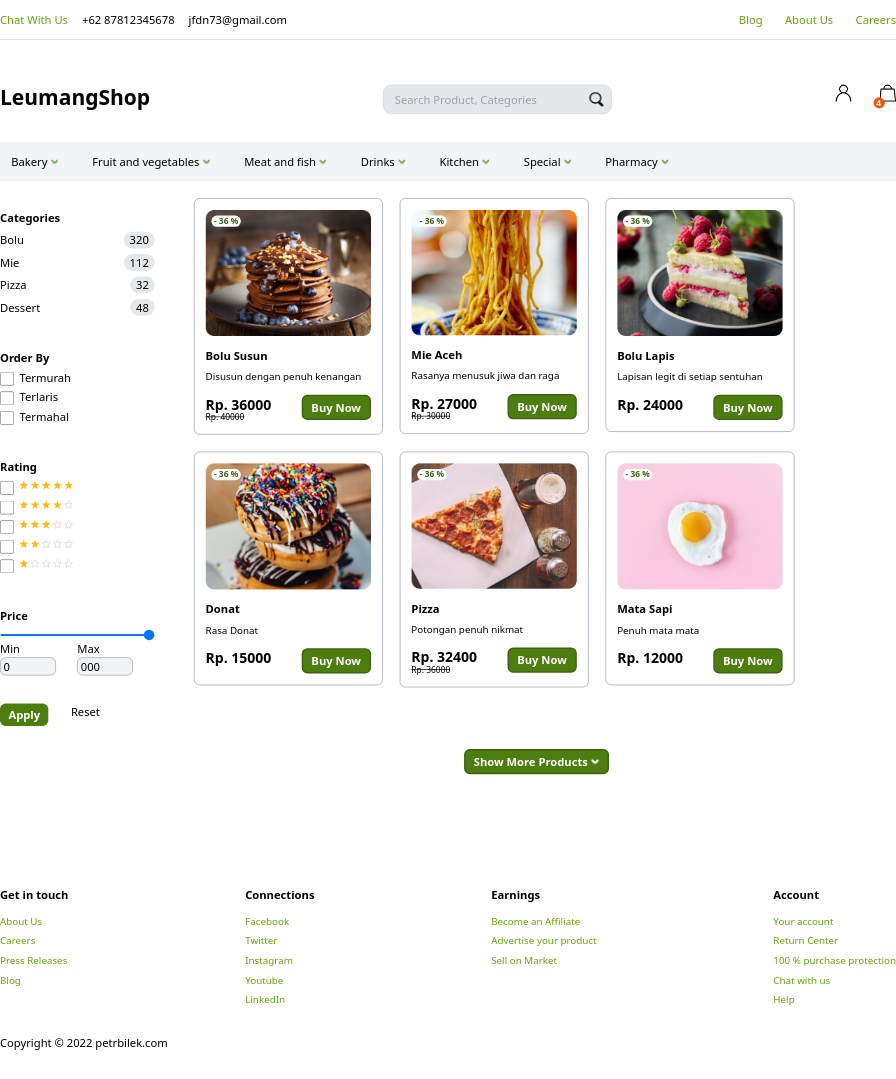
Repository: jafetdn73/ecommerce-tailwind
Page: /
The author's editor kept a copy of each file at every save. The page is drawn from the files as they stood at one save, then again after the next save.
The browser window is 1280 px wide. The pictures show the part of the page from y = 0 to 1920 px (the page is 1542 px tall before and 2977 px after), at 70% of full size.
The project was rebuilt for these pictures with package versions that can differ from the ones it lists, and the page was loaded fresh each time. Also part of the build but not shown: src/App.css.

Above is the page before, as saved 2022-03-20 01:18:16.

After the next save:
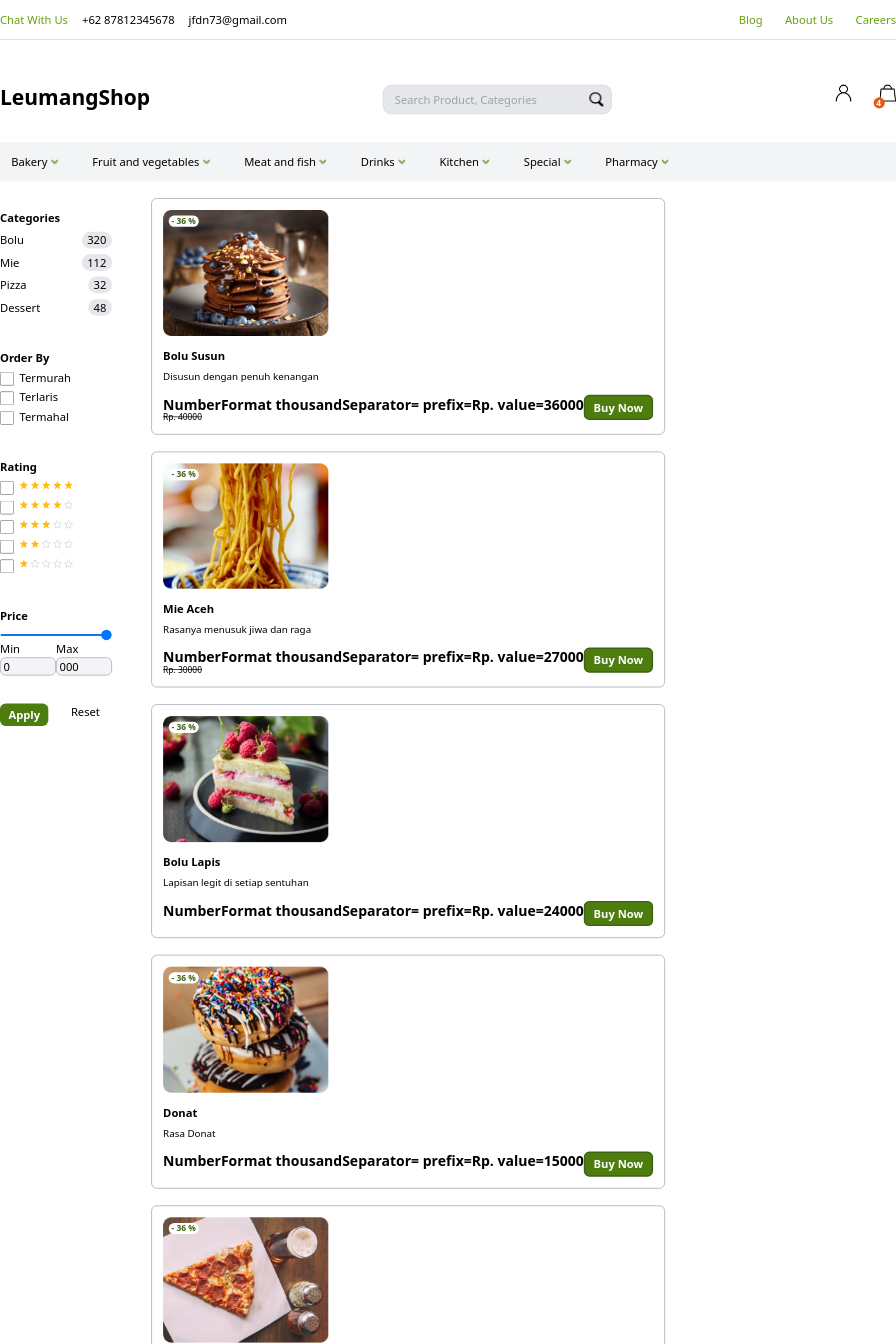
Saved 37 s later.
--- a/src/components/Product-card.jsx
+++ b/src/components/Product-card.jsx
@@ -15,7 +15,7 @@ function ProductCard(props){
                   </div>
                   <div className="flex justify-between mt-4">
                   <div className="flex flex-col">
-                    <label className="font-bold text-xl">Rp. {discountPrice}</label>
+                    <label className="font-bold text-xl">NumberFormat thousandSeparator={true} prefix={'Rp.'} value={discountPrice}</label>
                     {item.discountPercent>0 && (
                       <label className="line-through text-xs -mt-1">Rp. {item.originalPrice}</label>
                     )}
